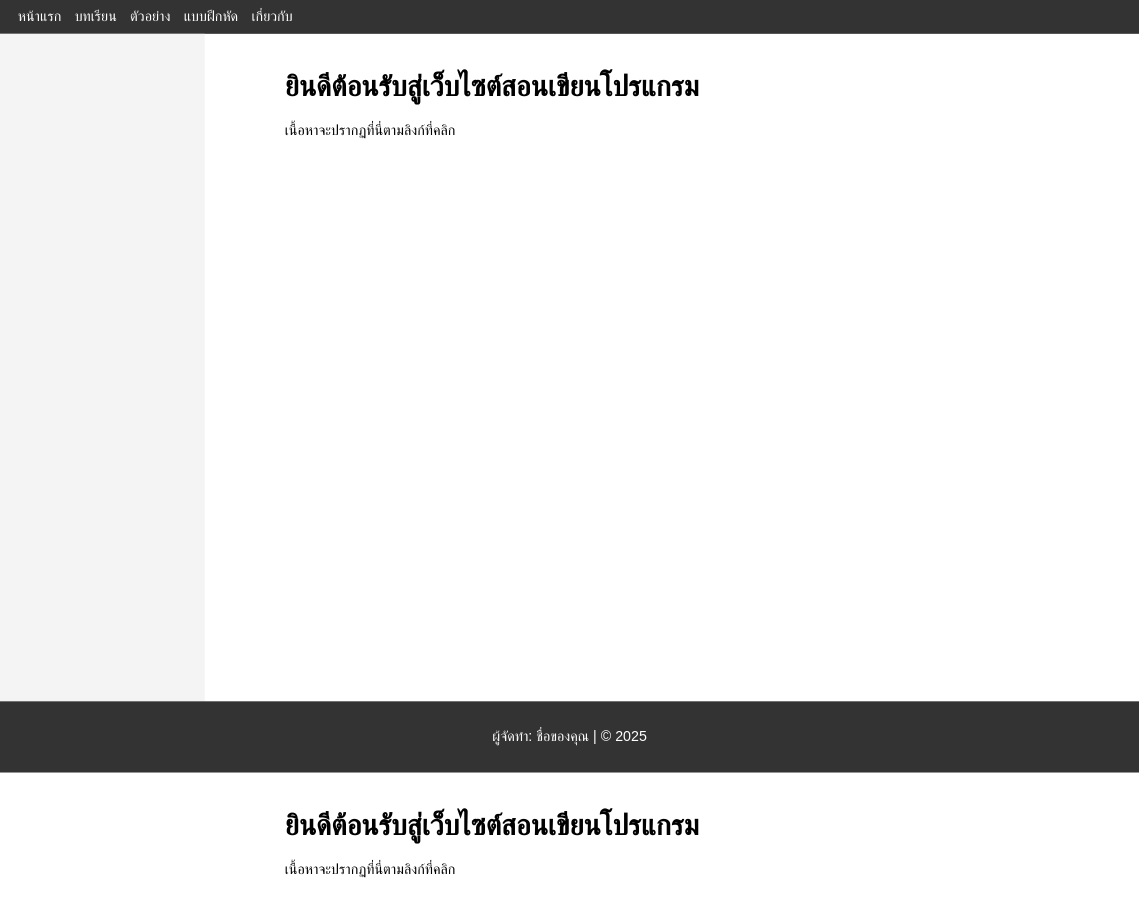
Repository: staggil/thesis
Page: index.html
These files come from the project's save history. The page is drawn as it stood at one moment and after the next save; the edit follows.
The browser window is 1280 px wide. The pictures show the whole page, at 89% of full size.

Above is the page before, as saved 2025-12-08 03:38:21.

After the next save:
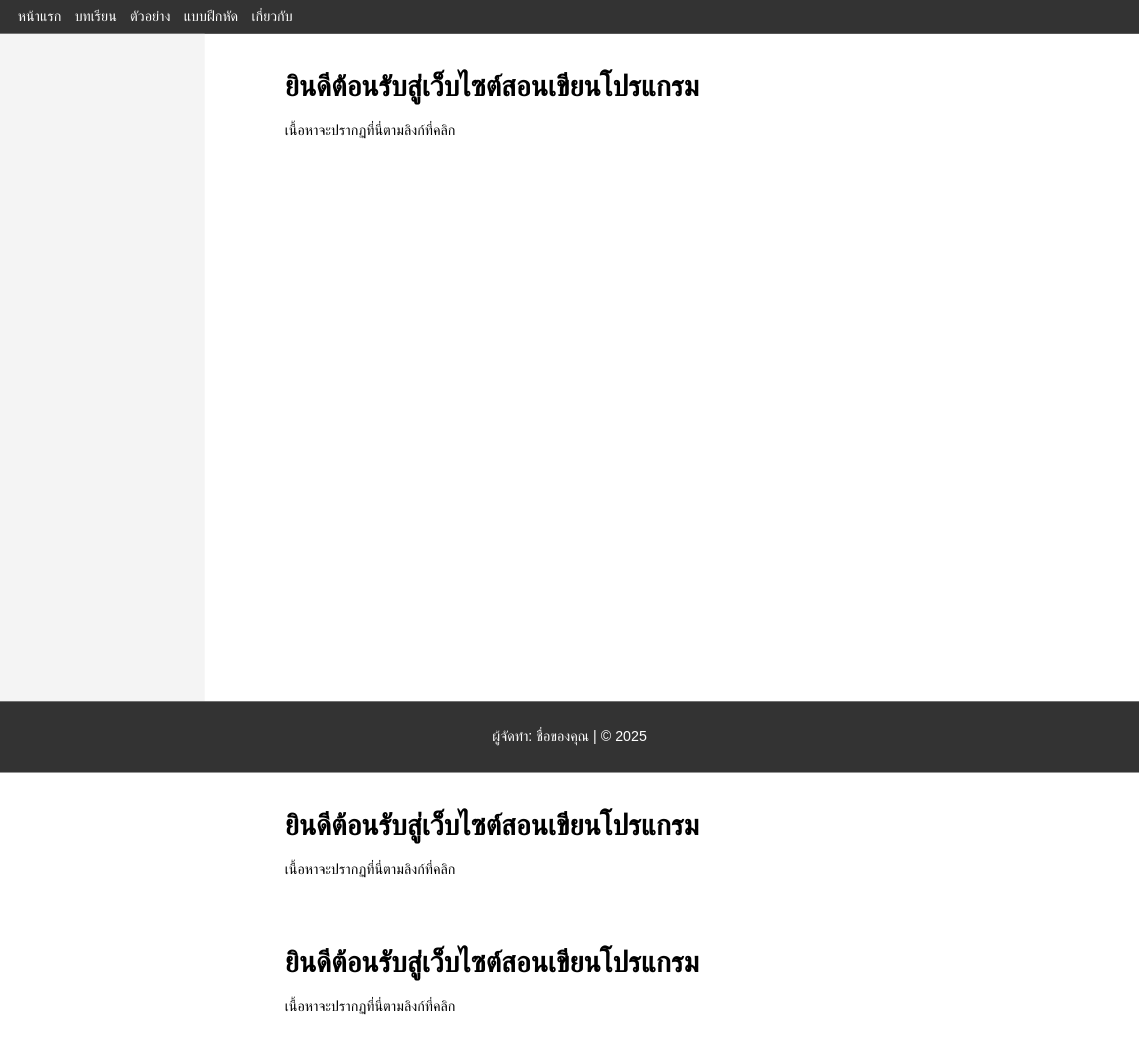
Saved 27 s later.
--- a/index.html
+++ b/index.html
@@ -1,3 +1,31 @@
+<!DOCTYPE html>
+<html lang="th">
+<head>
+    <meta charset="UTF-8">
+    <meta name="viewport" content="width=device-width, initial-scale=1.0">
+    <title>เว็บไซต์สอนเขียนโปรแกรม</title>
+    <link rel="stylesheet" href="style.css">
+    <script src="script.js" defer></script>
+</head>
+<body data-sidebar="/components/empty.html">
+
+    <!-- Header -->
+    <div id="header-placeholder"></div>
+
+    <!-- Sidebar -->
+    <div id="sidebar-placeholder"></div>
+
+    <!-- Content -->
+    <main id="main-content">
+        <h1>ยินดีต้อนรับสู่เว็บไซต์สอนเขียนโปรแกรม</h1>
+        <p>เนื้อหาจะปรากฏที่นี่ตามลิงก์ที่คลิก</p>
+    </main>
+
+    <!-- Footer -->
+    <div id="footer-placeholder"></div>
+
+</body>
+</html>
 <!DOCTYPE html>
 <html lang="th">
 <head>
